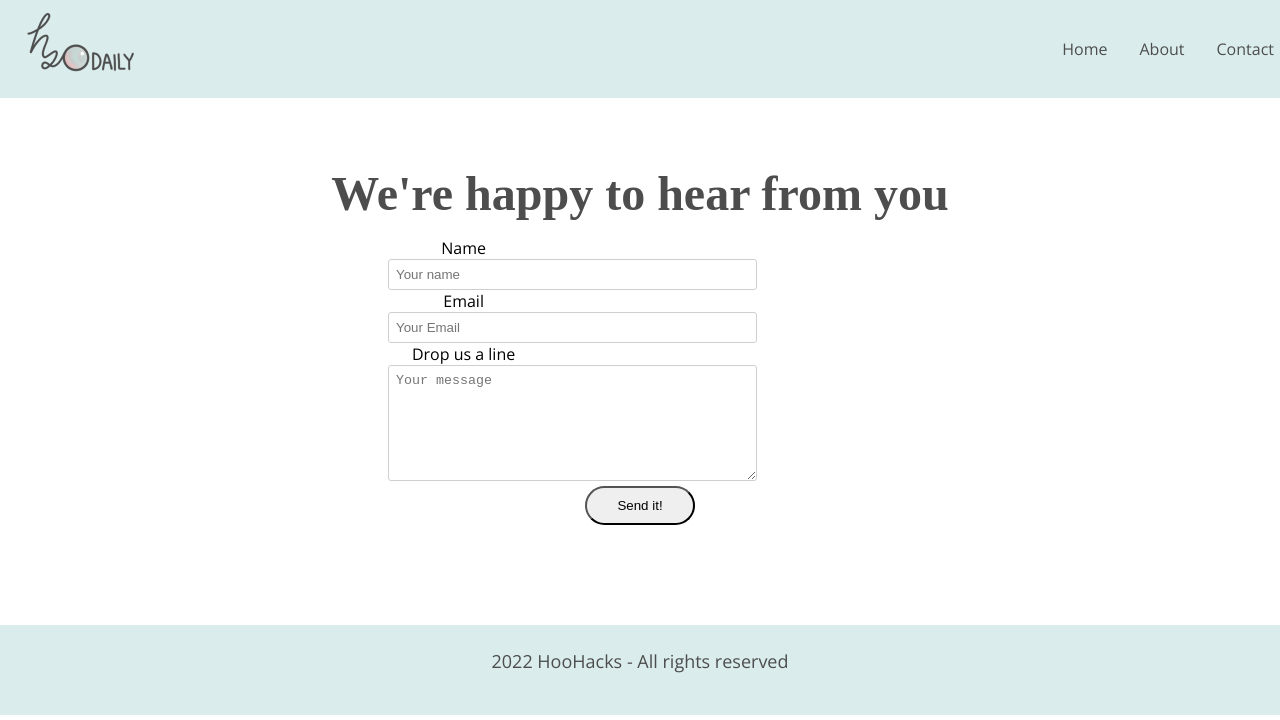
Repository: jennyjjung/H2ODaily
Page: contact.html
These files come from the project's save history. The page is drawn as it stood at one moment and after the next save; the edit follows.
The browser window is 1280 px wide. The pictures show the whole page.
Some web fonts or font styles are not loaded; a fallback is used.

Above is the page before, as saved 2022-03-26 20:57:58.

After the next save:
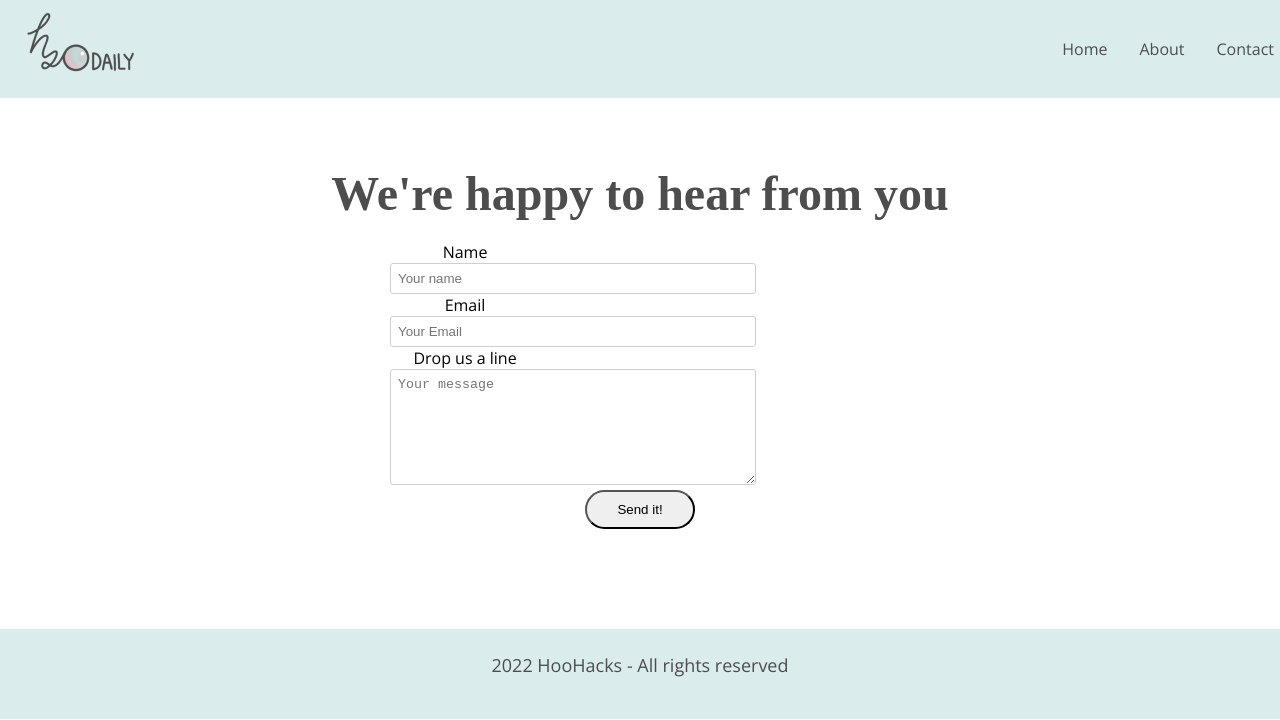
Saved 7 s later.
--- a/style.css
+++ b/style.css
@@ -153,11 +153,10 @@ a {
 
 /* Contact */
 form {
-  width: 60%;
-  margin: 0 auto;
-}
-
-.contact-form {
+  width: 500px;
+  text-align: center;
+  margin: auto;
+  margin-top: 20px;
 }
 
 input[type="text"],
